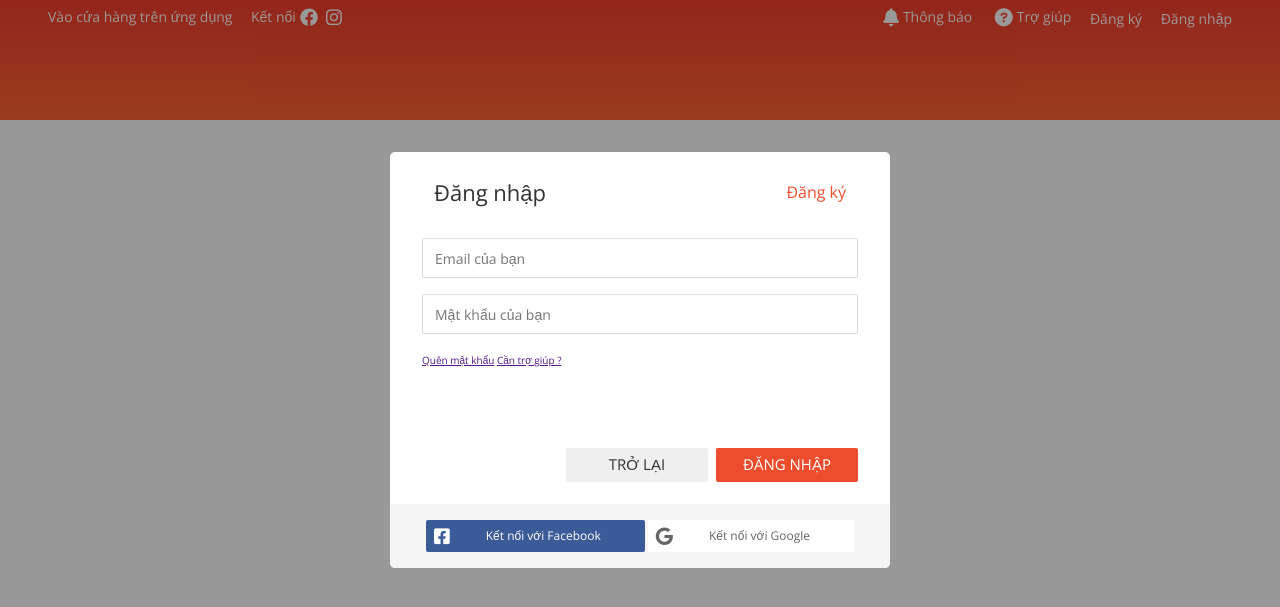
Repository: trongtamdev/Clone-Shopee-Page
Page: index.html
These files come from the project's save history. The page is drawn as it stood at one moment and after the next save; the edit follows.
The browser window is 1280 px wide. The pictures show the whole page.

Above is the page before, as saved 2022-07-09 15:40:56.

### index.html
<!DOCTYPE html>
<html lang="en">

<head>
    <meta charset="UTF-8">
    <meta http-equiv="X-UA-Compatible" content="IE=edge">
    <meta name="viewport" content="width=device-width, initial-scale=1.0">
    <title>Document</title>
    <link rel="stylesheet" href="https://cdnjs.cloudflare.com/ajax/libs/normalize/8.0.1/normalize.min.css">
    <link rel="stylesheet" href="assets/css/base.css">
    <link rel="stylesheet" href="assets/css/main.css">
    <link rel="stylesheet" href="assets/fonts/fontawesome-free-6.1.1/css/all.min.css">
    <link href="https://fonts.googleapis.com/css2?family=Open+Sans:wght@300;400;500;700&display=swap" rel="stylesheet">
</head>
    <div class="app">
        <header class="header">
            <div class="grid">
                <nav class="header__navbar">
                    <ul class="header__navbar-list">
                        <li class="header__navbar-item header__navbar-item--has-qr">
                            Vào cửa hàng trên ứng dụng
                            <div class="header__qr">
                                <img src="assets/img/qr_code.png" alt="QR code" class="header__qr-img">
                                <div class="header__qr-apps">
                                    <a href="" class="header__qr-link">
                                        <img src="assets/img/google_play.png" alt="Google play" class="header__qr-download-img">
                                    </a>
                                    <a href="" class="header__qr-link">
                                        <img src="assets/img/app_store.png" alt="App store" class="header__qr-download-img">
                                    </a>
                                </div>
                            </div>
                        </li>
                        <li class="header__navbar-item">
                            <span class="header__navbar-title--no-pointer">Kết nối</span>
                            <a href="" class="header__navbar-icon-link">
                                <i class="header__navbar-icon fa-brands fa-facebook"></i>
                            </a>
                            <a href="" class="header__navbar-icon-link">
                                <i class="header__navbar-icon fa-brands fa-instagram"></i>
                            </a>
                        </li>
                    </ul>

                    <ul class="header__navbar-list">
                        <li class="header__navbar-item">
                            <a href="" class="header__navbar-item-link">
                                <i class="header__navbar-icon fa-solid fa-bell"></i>
                                Thông báo</a>
                        </li>

                        <li class="header__navbar-item">
                            <a href="" class="header__navbar-item-link">
                                <i class="header__navbar-icon fa-solid fa-circle-question"></i>
                                Trợ giúp</a>
                        </li>

                        <li class="header__navbar-item header__navbar-item--strong">Đăng ký</li>
                        <li class="header__navbar-item header__navbar-item--strong">Đăng nhập</li>
                    </ul>
                </nav>
            </div>

        </header>

        <div class="container">

        </div>

        <footer class="footer">

        </footer>
    </div>
    <div class="modal">
        <div class="modal__overlay">

        </div>
        <div class="modal__body">

        <!-- Register form -->
        <!-- <div class="auth-form">
            <div class="auth-form__container">
                <div class="auth-form__header">
                    <h3 class="auth-form__heading">Đăng ký</h3>
                    <span class="auth-form__switch-btn">Đăng nhập</span>
                </div>

                <div class="auth-form__form">
                    <div class="auth-form__group">
                        <input type="text" class="auth-form__input" placeholder="Email của bạn">
                    </div>

                    <div class="auth-form__group">
                        <input type="password" class="auth-form__input" placeholder="Mật khẩu của bạn">
                    </div>

                    <div class="auth-form__group">
                        <input type="password" class="auth-form__input" placeholder="Nhập lại mật khẩu">
                    </div>
                </div>

                <div class="auth-form__aside">
                    <p class="auth-form__policy-text">
                        Bằng việc đăng kí, bạn đã đồng ý về
                        <a href="" class="auth-form__text-link">Điều khoản và dịch vụ</a> &
                        <a href="" class="auth-form__text-link">Chính sách bảo mật</a>
                    </p>
                </div>

                <div class="auth-form__controls">
                    <button class="btn btn--normal auth-form__controls-back">TRỞ LẠI</button>
                    <button class="btn btn--primary">ĐĂNG KÝ</button>
                </div>
            </div>

            <div class="auth-form__socials">
                <a href="" class="btn auth-form__socials--facebook btn--size-s btn--with-icon">
                    <i class="auth-form__socials-icon fa-brands fa-facebook-square"></i>
                    <span class="auth-form__socials-title">
                        Kết nối với Facebook
                    </span>
                </a>

                <a href="" class="btn auth-form__socials--google btn--size-s btn--with-icon">
                    <i class="auth-form__socials-icon fa-brands fa-google"></i>
                    <span class="auth-form__socials-title">
                    Kết nối với Google
                    </span>
                </a>
            </div>
        </div> -->


        <!-- Login form -->
        <div class="auth-form">
        <div class="auth-form__container">
            <div class="auth-form__header">
                <h3 class="auth-form__heading">Đăng nhập</h3>
                <span class="auth-form__switch-btn">Đăng ký</span>
            </div>

            <div class="auth-form__form">
                <div class="auth-form__group">
                    <input type="text" class="auth-form__input" placeholder="Email của bạn">
                </div>

                <div class="auth-form__group">
                    <input type="password" class="auth-form__input" placeholder="Mật khẩu của bạn">
                </div>

            </div>

            <div class="auth-form__aside">
                <div class="auth-form__help">
                    <a href="" class="auth-form__help-link">Quên mật khẩu</a>
                    <a href="" class="auth-form__help-link">Cần trợ giúp ?</a>
                </div>
            </div>

            <div class="auth-form__controls">
                <button class="btn btn--normal auth-form__controls-back">TRỞ LẠI</button>
                <button class="btn btn--primary">ĐĂNG NHẬP</button>
            </div>
        </div>

        <div class="auth-form__socials">
            <a href="" class="btn auth-form__socials--facebook btn--size-s btn--with-icon">
                <i class="auth-form__socials-icon fa-brands fa-facebook-square"></i>
                <span class="auth-form__socials-title">
                    Kết nối với Facebook
                </span>
            </a>

            <a href="" class="btn auth-form__socials--google btn--size-s btn--with-icon">
                <i class="auth-form__socials-icon fa-brands fa-google"></i>
                <span class="auth-form__socials-title">
                Kết nối với Google
                </span>
            </a>
        </div>
    </div>

        </div>
    </div>
<body>

</body>

</html>

### assets/css/base.css
:root {
    --white-color :#fff;
    --back-color :#000;
    --text-color : #333;
    --primary-color: #EE4D2D;
    --border-color: #dbdbdb;
}

*{
    box-sizing: inherit;
}

html {
    font-size: 62.5%;
    line-height: 1.6rem;
    font-family: 'Open Sans', sans-serif;;
    box-sizing: border-box;
}

.grid {
    width: 1200px;
    max-width: 100%;
    margin: 0 auto;
}

.grid__full-width {
    width: 100%;
}

.grid__row {
    display: flex;
    flex-wrap: wrap
}

/* Animation */
@keyframes fadeIn {
    from {
        opacity: 0;
    }to {
        opacity: 1;
    }
}

/* Modal */

.modal {
    position: fixed;
    top: 0;
    right: 0;
    bottom: 0;
    left: 0;
    display: flex;
}

.modal__overlay {
    position: absolute;
    width: 100%;
    height: 100%;
    background-color: rgba(0, 0, 0, 0.4);
}

.modal__body {
    margin: auto;
    position: relative;
    z-index: 1;
}

/* Button Style */
.btn {
    min-width: 142px;
    height: 34px;
    text-decoration: none;
    border: none;
    border-radius: 2px;
    font-size: 1.5rem;
    padding: 0 12px;
    outline: none;
    cursor: pointer;
    color: var(--text-color);
    display: flex;
    align-items: center;
    justify-content: center;
}

.btn.btn--normal:hover {
    background-color: rgba(0, 0, 0, 0.2);
}

.btn.btn--size-s {
    height: 32px;
    font-size: 12px;
    padding: 0 8px;
}


.btn.btn--primary {
    color: var(--white-color);
    background-color: var(--primary-color);
}

.btn.btn--disabled {
    color: #949494;
    cursor: default;
    background-color: #c3c3c3;
}

### assets/css/main.css
.header {
    height: 120px;
    background-image: linear-gradient(0, #fe6433, #f53e2d);
}

.header__navbar {
    display: flex;
    justify-content: space-between;
}

.header__navbar-list {
    list-style: none;
    padding: 0;
    margin-top: 4px;
}

.header__navbar-item {
    margin: 0 8px;
    position: relative;
    min-height: 26px;
}

.header__navbar-item--has-qr:hover .header__qr {
    display: block;
}

.header__navbar-item,
.header__navbar-item-link{
    display: inline-block;
    font-size: 1.4rem;
    color :var(--white-color);
    text-decoration: none;
    font-weight: 300;
}

.header__navbar-item,
.header__navbar-item-link,
.header__navbar-icon-link {
    display: inline-flex;
    align-items: center;
}

.header__navbar-item:hover,
.header__navbar-item-link:hover,
.header__navbar-icon-link:hover{
    cursor: pointer;
    color: rgba(255, 255, 255, 0.7);
}

.header__navbar-item--strong {
    font-weight: 400;
}


.header__navbar-icon-link {
    color: var(--white-color);
    text-decoration: none;
}

.header__navbar-icon {
    font-size: 1.8rem;
    margin: 0 4px;
}

.header__navbar-title--no-pointer {
    color: var(--white-color);
    cursor: text;
}

/* Header QR code */

.header__qr {
    width: 186px;
    background-color: var(--white-color);
    position: absolute;
    left: 0;
    top: 118%;
    padding: 8px;
    border-radius: 2px;
    display: none;
    animation: fadeIn ease-in 0.5s;
}

.header__qr::before {
    position: absolute;
    left: 0;
    top: -16px;
    width: 100%;
    height: 20px;
    content: "";
    display: block;
}

.header__qr-img {
    width: 100%;
}

.header__qr-apps {
    display: flex;
}

.header__qr-link:nth-child(1) {
    margin-left: 11px;
}

.header__qr-link:nth-child(2) {
    margin-right: 11px;
}

.header__qr-download-img {
    height: 18px;
}


/* Authen Modal */

.auth-form {
    width: 500px;
    background-color: var(--white-color);
    border-radius: 5px;
    overflow: hidden;
}


.auth-form__container {
    padding: 0 32px;
}

.auth-form__header {
    display: flex;
    align-items: center;
    justify-content: space-between;
    padding: 0 12px;
    margin-top: 10px;
}

.auth-form__heading {
    font-size: 2.2rem;
    font-weight: 400;
    color: var(--text-color);
}

.auth-form__switch-btn {
    font-size: 1.6rem;
    font-weight: 400;
    color: var(--primary-color);
    cursor: pointer;
}

.auth-form__form {

}

.auth-form__input {
    width: 100%;
    height: 40px;
    margin-top: 16px;
    padding: 0 12px;
    font-size: 1.4rem;
    border: 1px solid var(--border-color);
    border-radius: 2px;
    outline: none;
}

.auth-form__input:focus {
    border-color: #777;
}

.auth-form__aside {
    margin-top: 18px;
}

.auth-form__policy-text {
    font-size: 1.2rem;
    line-height: 1.8rem;
    text-align: center;
    padding: 0 12pxs;
}

.auth-form__text-link {
    text-decoration: none;
    color: var(--primary-color);
}

.auth-form__controls {
    display: flex;
    justify-content: flex-end;
    margin-top: 80px;
}

.auth-form__controls-back {
    margin-right: 8px;
}

.auth-form__socials {
    background-color: #f5f5f5;
    padding: 16px 36px;
    display: flex;
    justify-content: space-between;
    margin-top: 22px;
}

.auth-form__socials-icon {
    font-size: 1.8rem;

}

.auth-form__socials--facebook {
    color: var(--white-color);
    background-color: #3A5A98;
}

.auth-form__socials--facebook
.auth-form__socials-icon {
    color: var(--white-color);
}

.auth-form__socials-title {
    margin: 0 36px;
}

.auth-form__socials--google {
    background-color: var(--white-color);
    color: #666;
}

Loaded but not shown: assets/fonts/fontawesome-free-6.1.1/css/all.min.css (library)

After the next save:
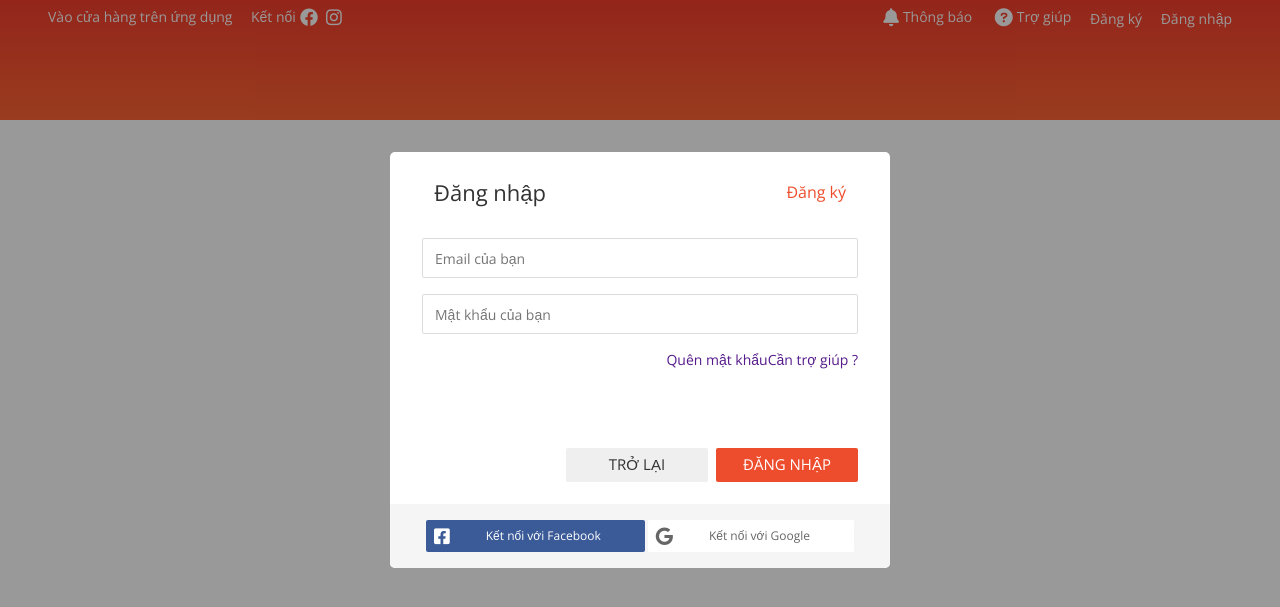
Saved 2 min 23 s later.
--- a/assets/css/main.css
+++ b/assets/css/main.css
@@ -223,3 +223,13 @@
     background-color: var(--white-color);
     color: #666;
 }
+
+.auth-form__help {
+    display: flex;
+    justify-content: flex-end;
+}
+
+.auth-form__help-link {
+    font-size: 1.4rem;
+    text-decoration: none;
+}
